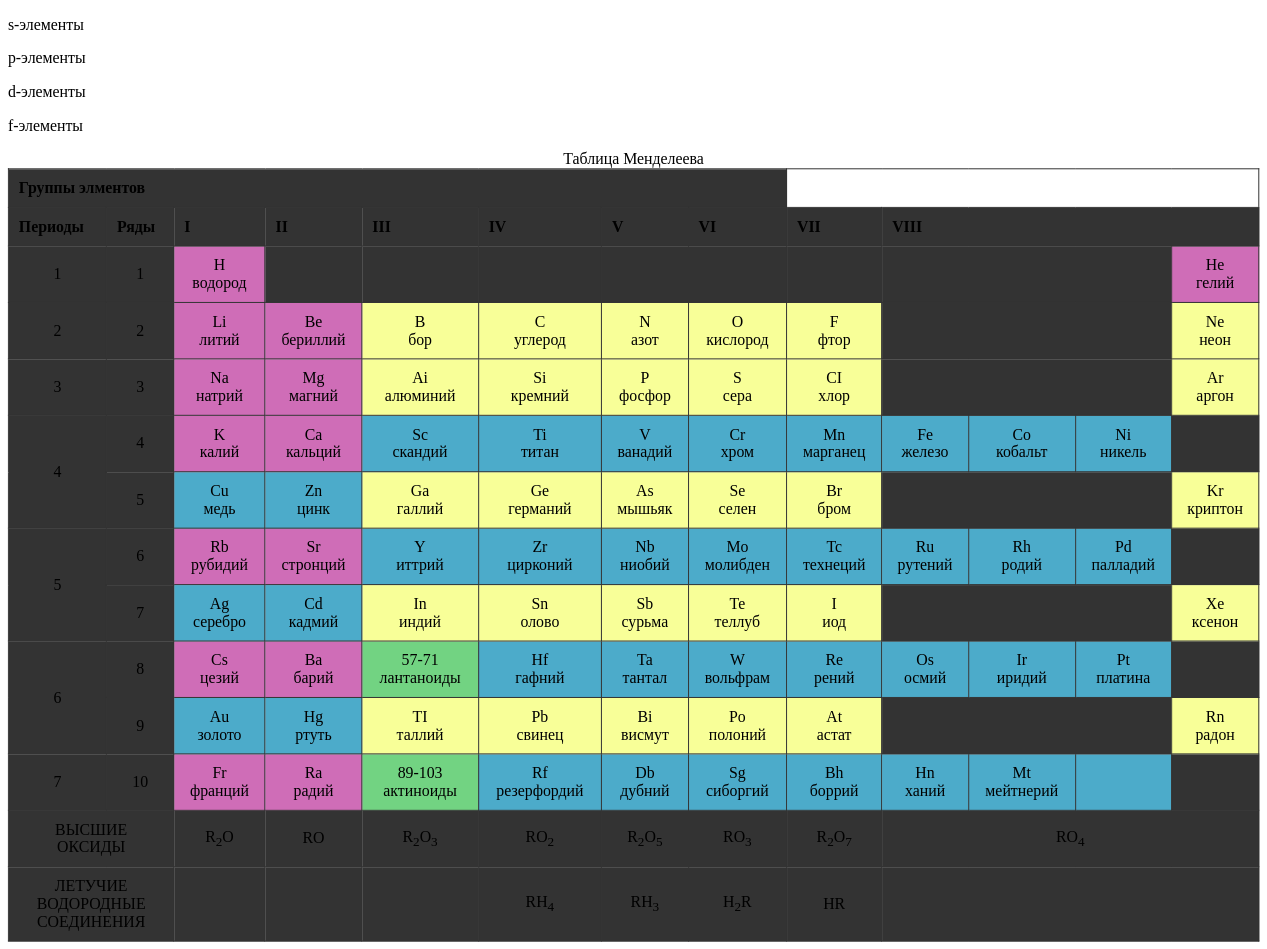
Repository: sannikovcode/exercises-a1
Page: JS/websites/01-periodic table/index.html
These files come from the project's save history. The page is drawn as it stood at one moment and after the next save; the edit follows.
The browser window is 1280 px wide. The pictures show the whole page, at 99% of full size.

Above is the page before, as saved 2025-10-18 15:07:05.

### JS/websites/01-periodic table/index.html
<!DOCTYPE html>
<html lang="en">

<head>
    <meta charset="UTF-8">
    <meta name="viewport" content="width=device-width, initial-scale=1.0">
    <title>Periodic table</title>
    <link rel="stylesheet" href="styles.css">
</head>

<body>
    <table>
        <caption>Таблица Менделеева</caption>
        <thead>
            <tr>
                <th colspan="8">Группы элментов</th>
            </tr>
        </thead>

        <tbody>
            <tr>
                <th scope="col">Периоды</th>
                <th scope="col">Ряды</th>
                <th scope="col">I</th>
                <th scope="col">II</th>
                <th scope="col">III</th>
                <th scope="col">IV</th>
                <th scope="col">V</th>
                <th scope="col">VI</th>
                <th scope="col">VII</th>
                <th scope="col" colspan="4">VIII</th>
            </tr>
            <tr>
                <td scope="row">1</td>
                <td>1</td>
                <td id="s">H<br>водород</td>
                <td></td>
                <td></td>
                <td></td>
                <td></td>
                <td></td>
                <td></td>
                <td colspan="3"></td>
                <td id="s">He<br>гелий</td>

            </tr>
            <tr>
                <td scope="row">2</td>
                <td>2</td>
                <td id="s">Li<br>литий</td>
                <td id="s">Be<br>бериллий</td>
                <td id="p">B<br>бор</td>
                <td id="p">C<br>углерод</td>
                <td id="p">N<br>азот</td>
                <td id="p">O<br>кислород</td>
                <td id="p">F<br>фтор</td>
                <td colspan="3"></td>
                <td id="p">Ne<br>неон</td>
            </tr>
            <tr>
                <td scope="row">3</td>
                <td>3</td>
                <td id="s">Na<br>натрий</td>
                <td id="s">Mg<br>магний</td>
                <td id="p">Ai<br>алюминий</td>
                <td id="p">Si<br>кремний</td>
                <td id="p">P<br>фосфор</td>
                <td id="p">S<br>сера</td>
                <td id="p">CI<br>хлор</td>
                <td colspan="3"></td>
                <td id="p">Ar<br>аргон</td>

            </tr>
            <tr>
                <td scope="row" rowspan="2">4</td>
                <td>4</td>
                <td id="s">K<br>калий</td>
                <td id="s">Ca<br>кальций</td>
                <td id="d">Sc<br>скандий</td>
                <td id="d">Ti<br>титан</td>
                <td id="d">V<br>ванадий</td>
                <td id="d">Cr<br>хром</td>
                <td id="d">Mn<br>марганец</td>
                <td id="d">Fe<br>железо</td>
                <td id="d">Co<br>кобальт</td>
                <td id="d">Ni<br>никель</td>
                <td></td>
            </tr>
            <tr>
                <td>5</td>
                <td id="d">Cu<br>медь</td>
                <td id="d">Zn<br>цинк</td>
                <td id="p">Ga<br>галлий</td>
                <td id="p">Ge<br>германий</td>
                <td id="p">As<br>мышьяк</td>
                <td id="p">Se<br>селен</td>
                <td id="p">Br<br>бром</td>
                <td colspan="3"></td>
                <td id="p">Kr<br>криптон</td>
            <tr>
                <td scope="row" rowspan="2">5</td>
                <td>6</td>
                <td id="s">Rb<br>рубидий</td>
                <td id="s">Sr<br>стронций</td>
                <td id="d">Y<br>иттрий</td>
                <td id="d">Zr<br>цирконий</td>
                <td id="d">Nb<br>ниобий</td>
                <td id="d">Mo<br>молибден</td>
                <td id="d">Tc<br>технеций</td>
                <td id="d">Ru<br>рутений</td>
                <td id="d">Rh<br>родий</td>
                <td id="d">Pd<br>палладий</td>
                <td></td>
            </tr>
            <tr>
                <td>7</td>
                <td id="d">Ag<br>серебро</td>
                <td id="d">Cd<br>кадмий</td>
                <td id="p">In<br>индий</td>
                <td id="p">Sn<br>олово</td>
                <td id="p">Sb<br>сурьма</td>
                <td id="p">Te<br>теллуб</td>
                <td id="p">I<br>иод</td>
                <td colspan="3"></td>
                <td id="p">Xe<br>ксенон</td>
            </tr>
            <tr>
                <td scope="row" rowspan="2">6</td>
                <td>8</td>
                <td id="s">Cs<br>цезий</td>
                <td id="s">Ba<br>барий</td>
                <td id="f">57-71<br>лантаноиды</td>
                <td id="d">Hf<br>гафний</td>
                <td id="d">Ta<br>тантал</td>
                <td id="d">W<br>вольфрам</td>
                <td id="d">Re<br>рений</td>
                <td id="d">Os<br>осмий</td>
                <td id="d">Ir<br>иридий</td>
                <td id="d">Pt<br>платина</td>
                <td></td>
            </tr>
            <tr>
                <td>9</td>
                <td id="d">Au<br>золото</td>
                <td id="d">Hg<br>ртуть</td>
                <td id="p">TI<br>таллий</td>
                <td id="p">Pb<br>свинец</td>
                <td id="p">Bi<br>висмут</td>
                <td id="p">Po<br>полоний</td>
                <td id="p">At<br>астат</td>
                <td colspan="3"></td>
                <td id="p">Rn<br>радон</td>
            </tr>
            <tr>
                <td scope="row">7</td>
                <td>10<br></td>
                <td id="s">Fr<br>франций</td>
                <td id="s">Ra<br>радий</td>
                <td id="f">89-103<br>актиноиды</td>
                <td id="d">Rf<br>резерфордий</td>
                <td id="d">Db<br>дубний</td>
                <td id="d">Sg<br>сиборгий</td>
                <td id="d">Bh<br>боррий</td>
                <td id="d">Hn<br>ханий</td>
                <td id="d">Mt<br>мейтнерий</td>
                <td id="d"></td>
                <td></td>
            </tr>
            <tr>
                <td colspan="2">ВЫСШИЕ <br>ОКСИДЫ</td>
                <td>R<sub>2</sub>O</td>
                <td>RO</td>
                <td>R<sub>2</sub>O<sub>3</sub></td>
                <td>RO<sub>2</sub></td>
                <td>R<sub>2</sub>O<sub>5</sub></td>
                <td>RO<sub>3</sub></td>
                <td>R<sub>2</sub>O<sub>7</sub></td>
                <td colspan="4">RO<sub>4</sub></td>

            </tr>
            <tr>
                <td colspan="2">ЛЕТУЧИЕ <br>ВОДОРОДНЫЕ <br> СОЕДИНЕНИЯ</td>
                <td></td>
                <td></td>
                <td></td>
                <td>RH<sub>4</sub></td>
                <td>RH<sub>3</sub></td>
                <td>H<sub>2</sub>R</td>
                <td>HR</td>
                <td colspan="4"></td>
            </tr>
        </tbody>
        <tfoot>
            <p>s-элементы</p>
            <p>p-элементы</p>
            <p>d-элементы</p>
            <p>f-элементы</p>

        </tfoot>

    </table>




</body>

</html>

### JS/websites/01-periodic table/styles.css
/* 1 */
table {
  border-collapse: collapse;
  width: 100%;
}

table, th, td {
  border: 1px solid #333;
}

th, td {
  padding: 10px;
  text-align: left;
  background-color: #333
}

/*2*/
td {
  text-align: center; /* горизонтальное центрирование */
  vertical-align: middle; /* вертикальное центрирование */
}

/* элементы */

#s {
  background-color: rgb(207, 109, 183);
}
#p {
  background-color: rgb(248, 255, 152);
}
#d {
  background-color: rgb(76, 171, 202);
}
#f {
  background-color: rgb(114, 211, 130);
}

After the next save:
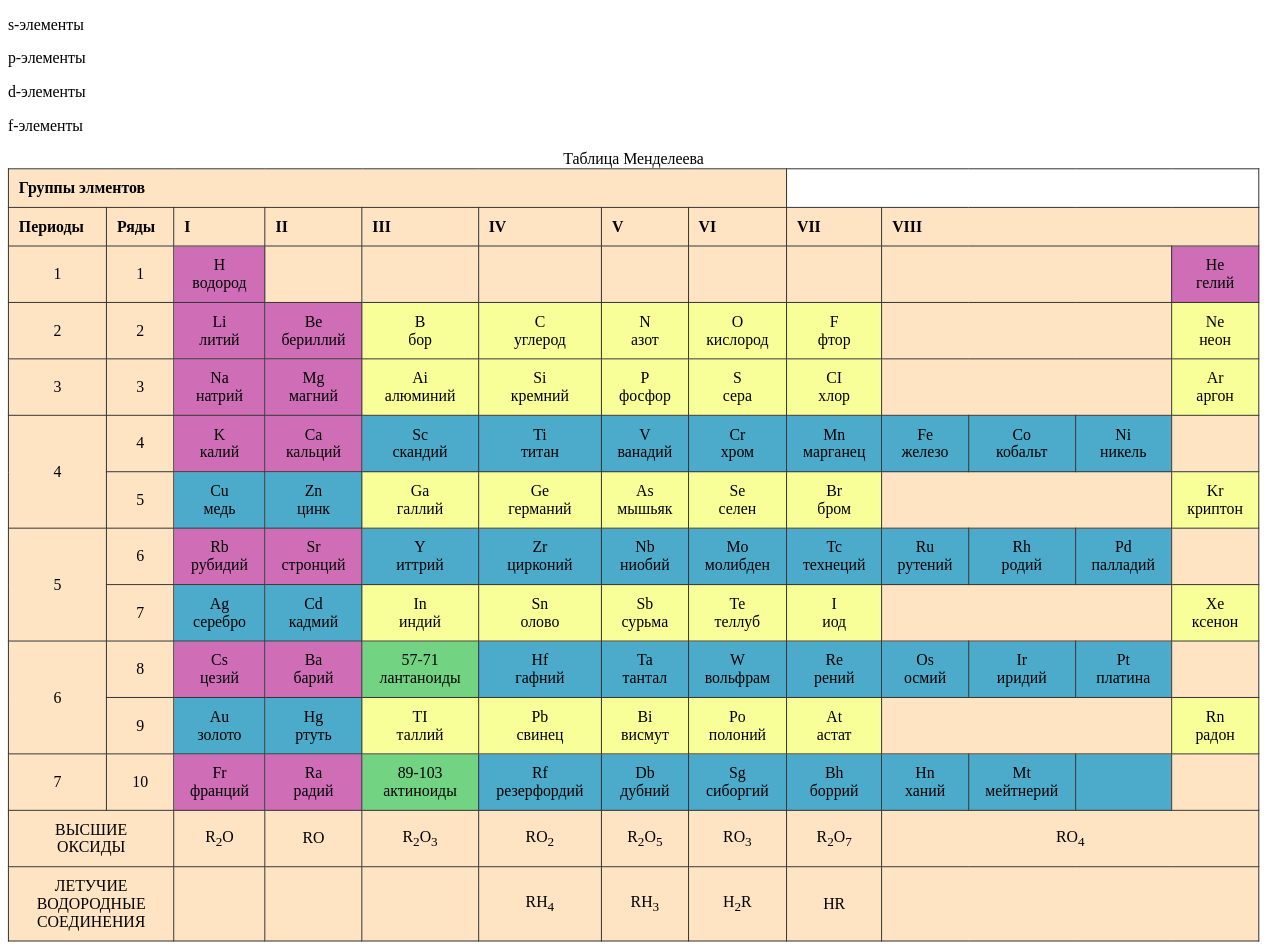
Saved 5 s later.
--- a/JS/websites/01-periodic table/styles.css
+++ b/JS/websites/01-periodic table/styles.css
@@ -11,7 +11,7 @@ table, th, td {
 th, td {
   padding: 10px;
   text-align: left;
-  background-color: #333
+  background-color: bisque;
 }
 
 /*2*/
